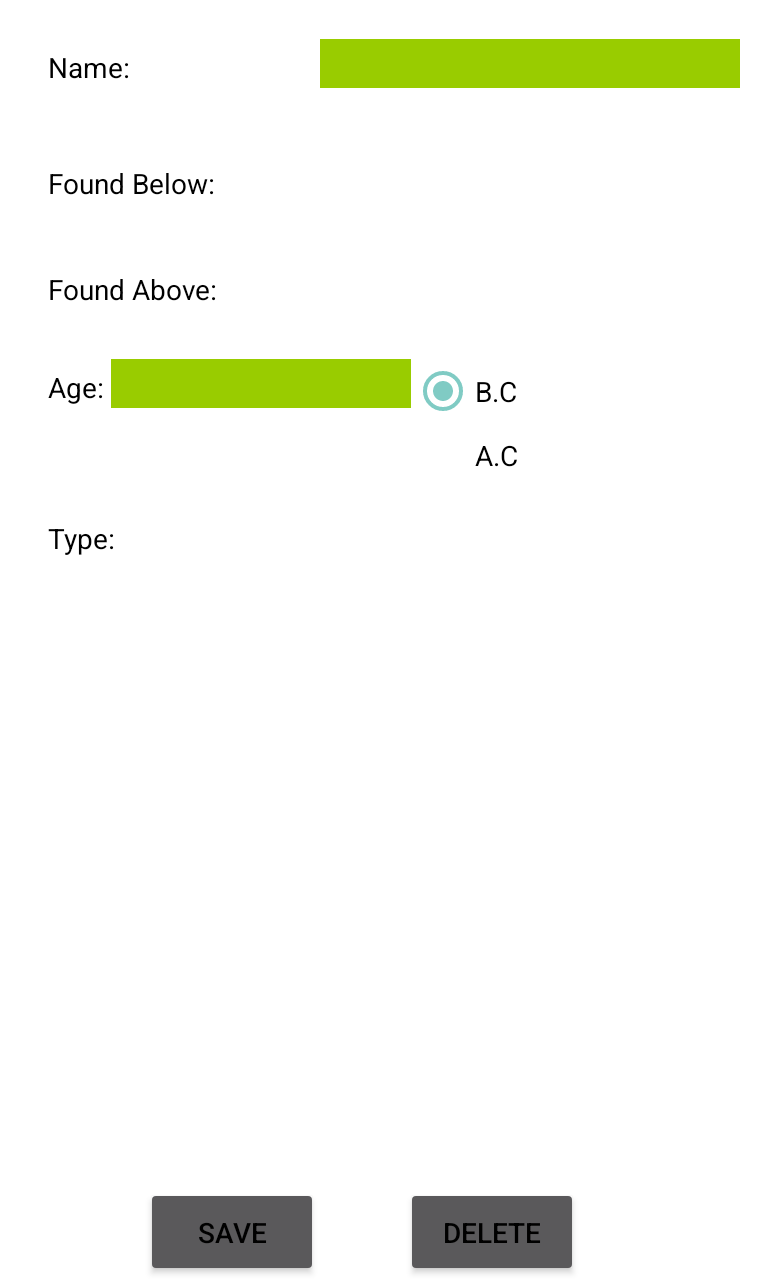
Repository: qfornaguera/AppQuelogy
Layout: AppQueology/res/layout/activity_artifact.xml
An editor plug-in stored every save of this project. The layout is shown before and after the next save, followed by the edit.
It is drawn on a 768 x 1280 px phone screen (xhdpi) without system bars, with theme Theme.AppCompat; the app's code is not run.

Above is the layout before, as saved 2014-05-26 20:01:35.

### AppQueology/res/layout/activity_artifact.xml
<RelativeLayout xmlns:tools="http://schemas.android.com/tools"
    xmlns:android="http://schemas.android.com/apk/res/android"
    android:layout_width="wrap_content"
    android:layout_height="wrap_content"
    tools:context="com.example.appqueology.ArtifactActivity"
    android:background="#ffffff" >

	<ScrollView
	    android:layout_width="wrap_content"
	    android:layout_height="wrap_content" >

		<RelativeLayout
		    android:id="@+id/container"
		    android:layout_width="wrap_content"
		    android:layout_height="594dp"
		    android:background="#ffffff"
		    tools:ignore="MergeRootFrame" >

		    <EditText
		        android:id="@+id/editText1"
		        android:layout_width="wrap_content"
		        android:layout_height="wrap_content"
		        android:layout_alignBaseline="@+id/textView1"
		        android:layout_alignBottom="@+id/textView1"
		        android:layout_alignParentRight="true"
		        android:layout_marginRight="14dp"
		        android:background="@android:color/holo_green_light"
		        android:ems="10"
		        android:maxLength="25"
		        android:paddingLeft="10dp"
		        android:textColor="#000000" >

		    </EditText>

		    <TextView
		        android:id="@+id/textView1"
		        android:layout_width="wrap_content"
		        android:layout_height="wrap_content"
		        android:layout_alignParentLeft="true"
		        android:layout_alignParentTop="true"
		        android:layout_marginLeft="24dp"
		        android:layout_marginTop="24dp"
		        android:text="Name: "
		        android:textColor="#000000" />



		    <TextView
		        android:id="@+id/textView2"
		        android:layout_width="wrap_content"
		        android:layout_height="wrap_content"
		        android:layout_alignLeft="@+id/textView1"
		        android:layout_below="@+id/editText1"
		        android:layout_marginTop="38dp"
		        android:text="Found Below: "
		        android:textAppearance="?android:attr/textAppearanceSmall"
		        android:textColor="#000000" />

		    <TextView
		        android:id="@+id/textView3"
		        android:layout_width="wrap_content"
		        android:layout_height="wrap_content"
		        android:layout_alignBaseline="@+id/textView2"
		        android:layout_alignBottom="@+id/textView2"
		        android:layout_alignRight="@+id/editText1"
		        android:layout_toRightOf="@+id/textView2"
		        android:ems="10"
		        android:textColor="#000000" />

		    <TextView
		        android:id="@+id/textView4"
		        android:layout_width="wrap_content"
		        android:layout_height="wrap_content"
		        android:layout_alignLeft="@+id/textView2"
		        android:layout_below="@+id/textView2"
		        android:layout_marginTop="34dp"
		        android:text="Found Above: "
		        android:textAppearance="?android:attr/textAppearanceSmall"
		        android:textColor="#000000" />

		    <TextView
		        android:id="@+id/textView5"
		        android:layout_width="wrap_content"
		        android:layout_height="wrap_content"
		        android:layout_alignBaseline="@+id/textView4"
		        android:layout_alignBottom="@+id/textView4"
		        android:layout_alignParentRight="true"
		        android:layout_toRightOf="@+id/textView4"
		        android:textColor="#000000" />

		    <TextView
		        android:id="@+id/textView6"
		        android:layout_width="wrap_content"
		        android:layout_height="wrap_content"
		        android:layout_alignLeft="@+id/textView4"
		        android:layout_below="@+id/textView4"
		        android:layout_marginTop="30dp"
		        android:text="Age: "
		        android:textColor="#000000" />

		    <EditText
		        android:id="@+id/editText2"
		        android:layout_width="wrap_content"
		        android:layout_height="wrap_content"
		        android:layout_alignBaseline="@+id/textView6"
		        android:layout_alignBottom="@+id/textView6"
		        android:layout_toRightOf="@+id/textView6"
		        android:background="@android:color/holo_green_light"
		        android:ems="10"
		        android:inputType="numberSigned"
		        android:paddingLeft="10dp"
		        android:textColor="#000000"
		        android:width="150dp" />

		    <RadioGroup
		        android:id="@+id/radioGroup1"
		        android:layout_width="wrap_content"
		        android:layout_height="wrap_content"
		        android:layout_alignTop="@+id/editText2"
		        android:layout_toRightOf="@+id/editText2"
		        android:width="50dp" >

		        <RadioButton
		            android:id="@+id/radio0"
		            android:layout_width="wrap_content"
		            android:layout_height="wrap_content"
		            android:checked="true"
		            android:text="B.C"
		            android:textColor="#000000" />

		        <RadioButton
		            android:id="@+id/radio1"
		            android:layout_width="wrap_content"
		            android:layout_height="wrap_content"
		            android:text="A.C"
		            android:textColor="#000000" />
		    </RadioGroup>

		    <TextView
		        android:id="@+id/textView7"
		        android:layout_width="wrap_content"
		        android:layout_height="wrap_content"
		        android:layout_alignLeft="@+id/textView6"
		        android:layout_below="@+id/radioGroup1"
		        android:layout_marginTop="16dp"
		        android:text="Type: "
		        android:textColor="#000000" />

		</RelativeLayout>
	</ScrollView>

    <Button
        android:id="@+id/delete"
        android:layout_width="wrap_content"
        android:layout_height="wrap_content"
        android:layout_alignParentBottom="true"
        android:layout_marginLeft="42dp"
        android:layout_toRightOf="@+id/save"
        android:text="Delete"
        android:textColor="#000000" />

    <Button
        android:id="@+id/save"
        android:layout_width="wrap_content"
        android:layout_height="wrap_content"
        android:layout_alignParentBottom="true"
        android:layout_alignParentLeft="true"
        android:layout_marginLeft="72dp"
        android:text="Save"
        android:textColor="#000000" />

</RelativeLayout>

After the next save:
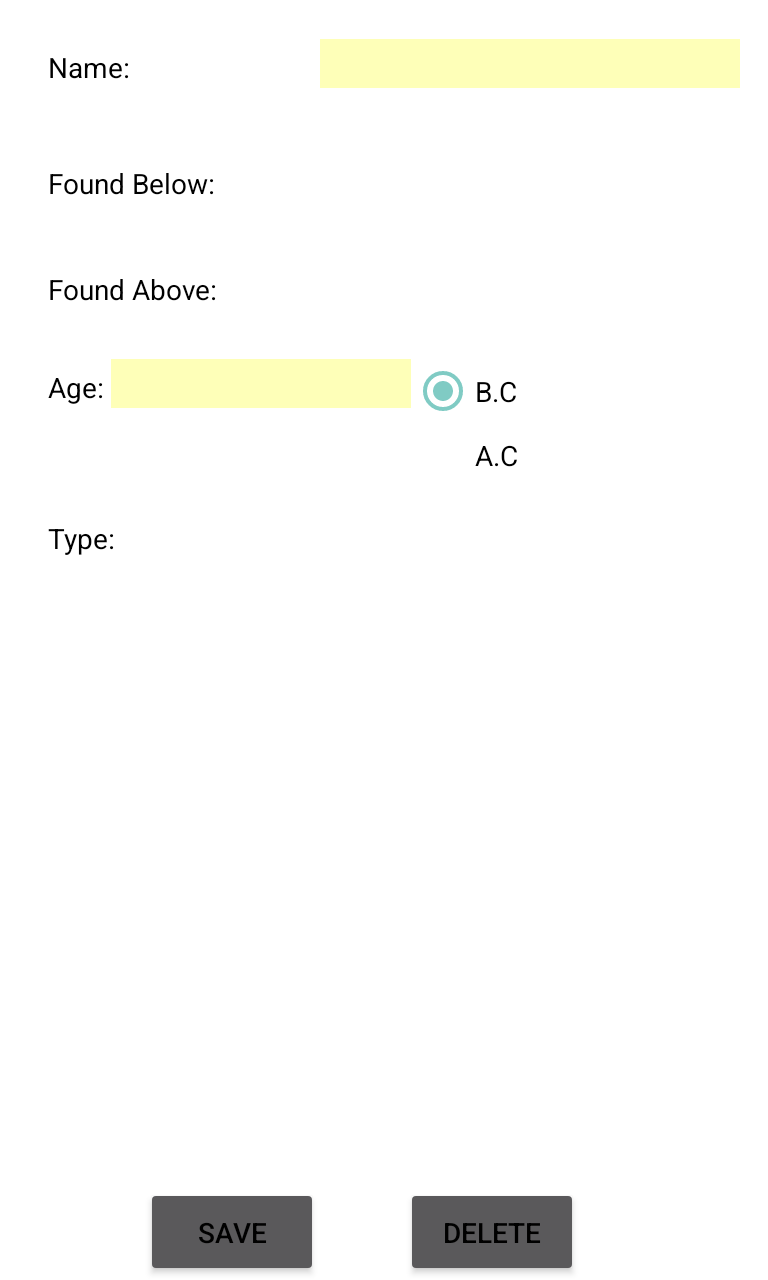
Saved 97 s later.
--- a/AppQueology/res/layout/activity_artifact.xml
+++ b/AppQueology/res/layout/activity_artifact.xml
@@ -24,7 +24,7 @@
 		        android:layout_alignBottom="@+id/textView1"
 		        android:layout_alignParentRight="true"
 		        android:layout_marginRight="14dp"
-		        android:background="@android:color/holo_green_light"
+		        android:background="#FEFFB8"
 		        android:ems="10"
 		        android:maxLength="25"
 		        android:paddingLeft="10dp"
@@ -105,7 +105,7 @@
 		        android:layout_alignBaseline="@+id/textView6"
 		        android:layout_alignBottom="@+id/textView6"
 		        android:layout_toRightOf="@+id/textView6"
-		        android:background="@android:color/holo_green_light"
+		        android:background="#FEFFB8"
 		        android:ems="10"
 		        android:inputType="numberSigned"
 		        android:paddingLeft="10dp"
